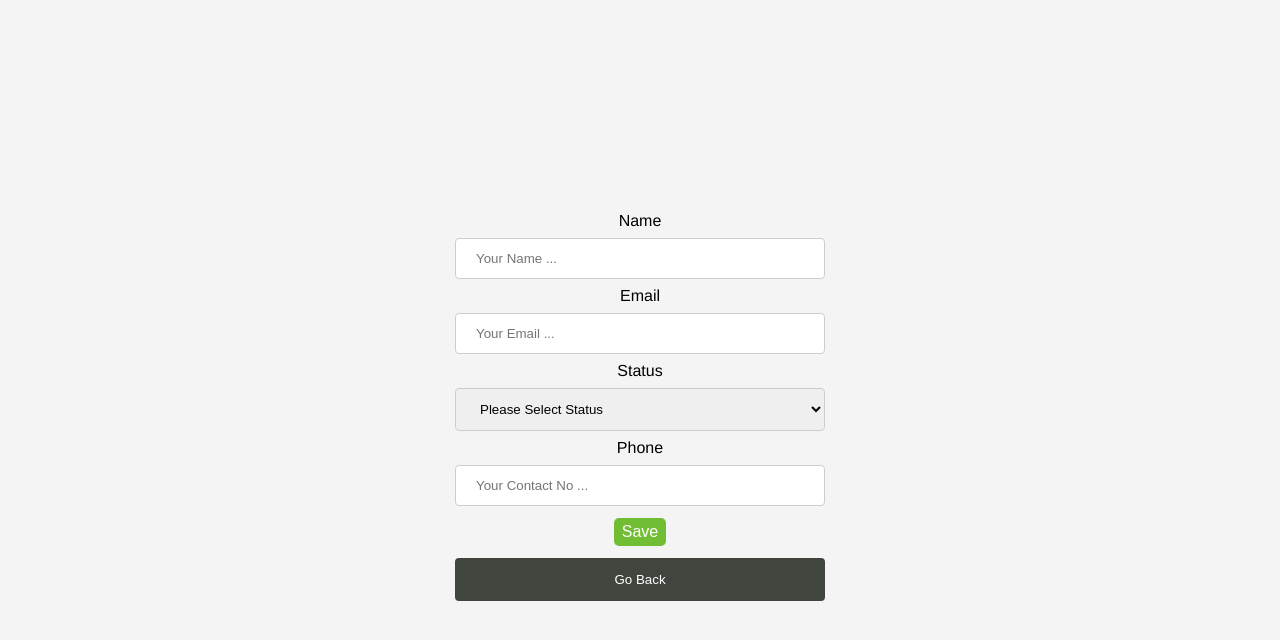
Repository: fdhhhdjd/Redux-Toolkit-CURD-Firebase
Page: /add
These files come from the project's save history. The page is drawn as it stood at one moment and after the next save; the edit follows.
The browser window is 1280 px wide. The pictures show the whole page.
The project was rebuilt for these pictures with package versions that can differ from the ones it lists, and the page was loaded fresh each time. Also part of the build but not shown: src/Component/Toast.js, src/Styles/Toasts.css, src/Component/Toasts.js, src/Component/Home.js, src/Styles/View.css, src/Component/View.js.

Above is the page before, as saved 2021-10-25 10:57:40.

After the next save:
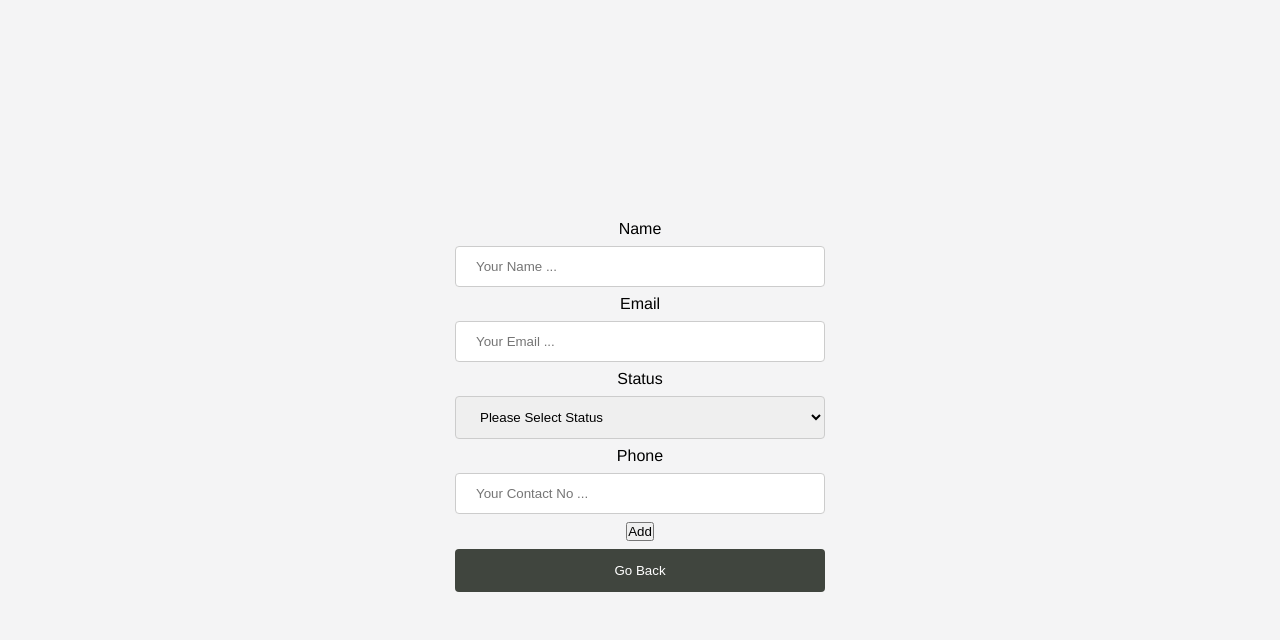
Saved 109 s later.
--- a/src/Component/AddEdit.js
+++ b/src/Component/AddEdit.js
@@ -108,13 +108,7 @@ const AddEdit = () => {
             value={phone || ""}
             onChange={handleInputChange}
           />
-          <Button
-            handleSubmit={handleSubmit}
-            className="btn-success"
-            btn=" btn btn--success"
-          >
-            Save
-          </Button>
+          <Button handleSubmit={handleSubmit}>Add</Button>
           <Link to="/">
             <input type="button" value="Go Back" />
           </Link>
